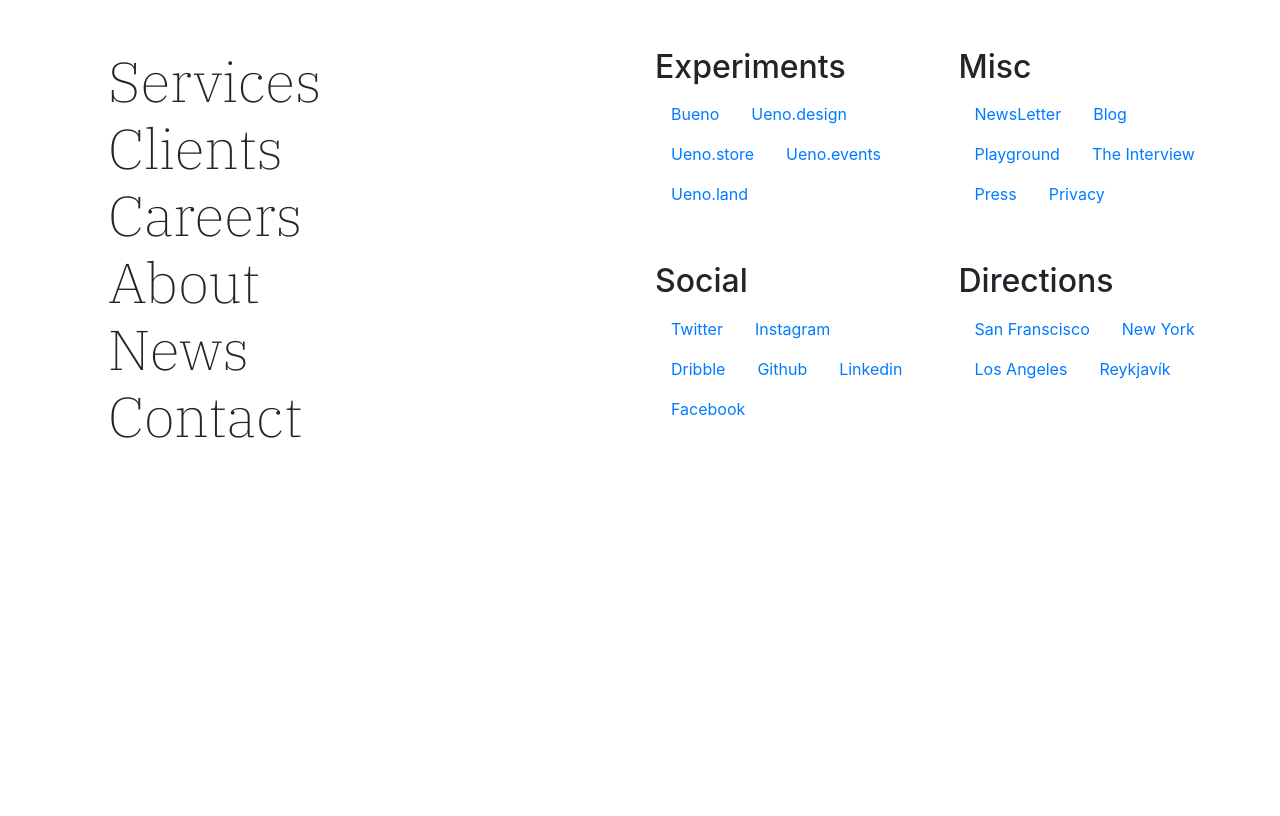
Repository: DeepaPrasanna/UenoClone
Page: /
An editor plug-in stored every save of this project. The page is shown before and after the next save, followed by the edit.
The browser window is 1280 px wide. The pictures show the whole page.
The project was rebuilt for these pictures with package versions that can differ from the ones it lists, and the page was loaded fresh each time. Also part of the build but not shown: src/components/Layout/Header.js.

Above is the page before, as saved 2021-05-04 16:38:25.

After the next save:
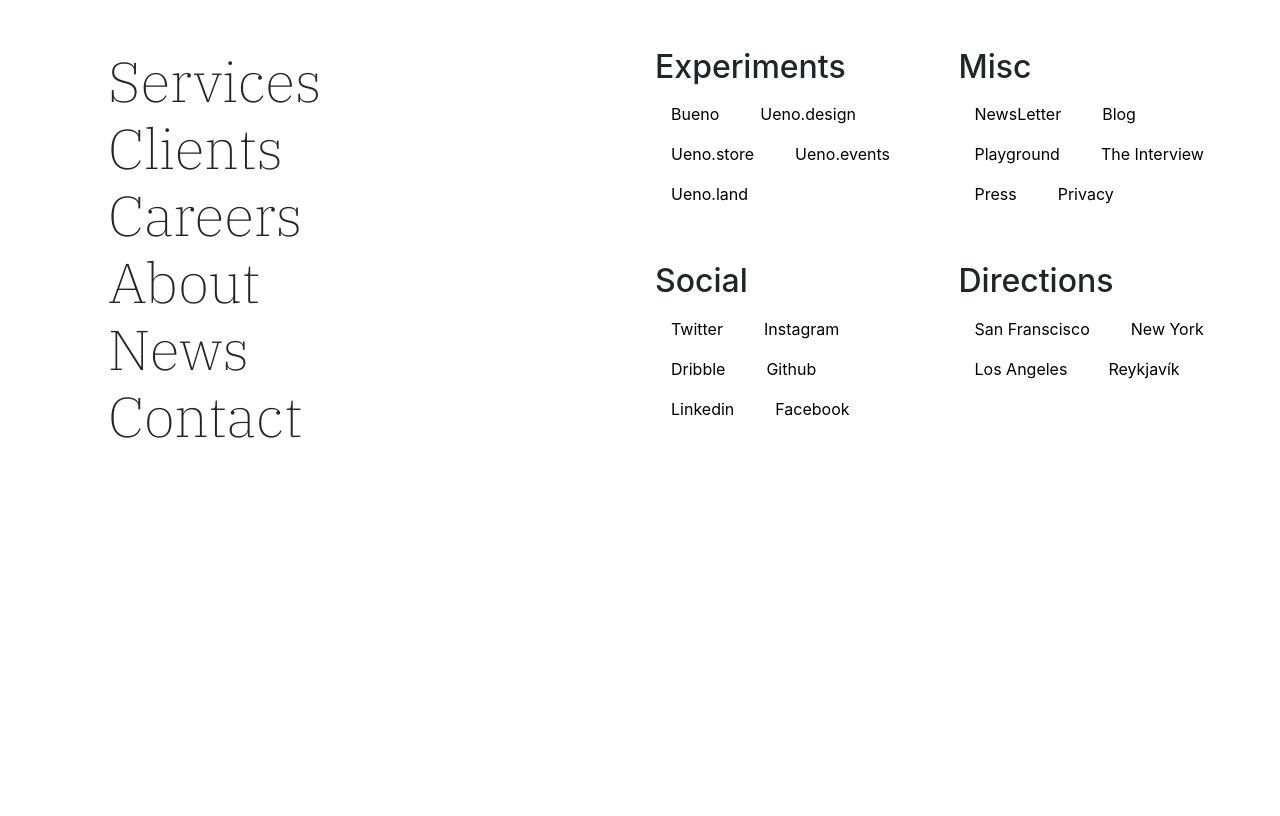
Saved 4 min 38 s later.
--- a/src/index.css
+++ b/src/index.css
@@ -32,3 +32,7 @@
   width: 50%;
   max-width: 220px;
 }
+.screen-second-column-links {
+  color: #000;
+  padding-right: 25px !important;
+}
